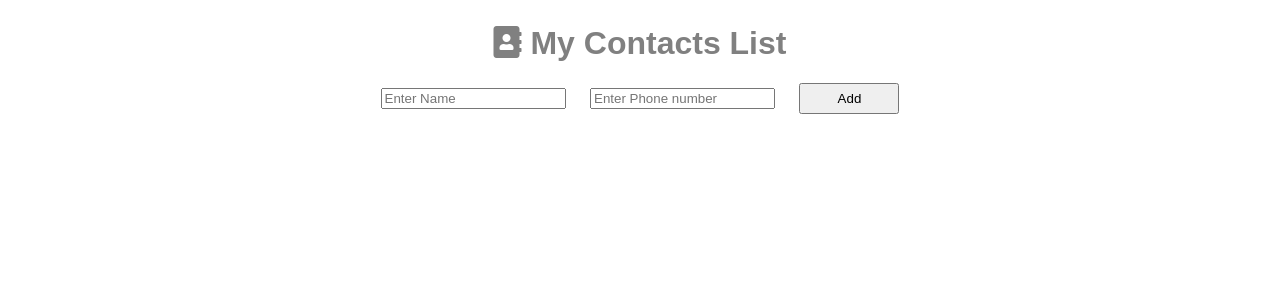
Repository: Sayan-100/Contact-List
Page: http://localhost/
The author's editor kept a copy of each file at every save. The page is drawn from the files as they stood at one save, then again after the next save.
The browser window is 1280 px wide. The pictures show the whole page.
Some web libraries are served in a nearby version. The page is served by the project's Node server (index.js). Other server files are loaded and not shown. Queries for data that is not in the repository find no rows.

Above is the page before, as saved 2022-01-09 21:43:51.

### views/home.ejs
<html>

<head>
    <title>
        <%=locals.title%>
    </title>

    <link rel="stylesheet" href="https://use.fontawesome.com/releases/v5.5.0/css/all.css" integrity="sha384-B4dIYHKNBt8Bc12p+WXckhzcICo0wtJAoU8YZTY5qE0Id1GSseTk6S+L3BlXeVIU" crossorigin="anonymous">

    <!-- our css should below all the style so that we can override -->
    <link rel="stylesheet" href="/css/home.css">

</head>

<body>
    <h1 id="page-heading">
        <i class="fas fa-address-book "></i> My Contacts List
    </h1>
    <div id="contact-list-container">
        <ul>
            <% for(let i of contact_list) {%>
                <li class="contact">
                    <div class="details-name">
                        <p>
                            <%= i.name %>
                        </p>
                    </div>
                    <div class="details-contact-number delete-button">

                        <div>
                            <p>
                                <%= i.phone %>
                            </p>
                        </div>

                        <div>
                            <a href="/delete-contact/?id=<%=i._id%>">
                                <i class="fas fa-window-close"></i>
                            </a>
                        </div>
                    </div>
                </li>
                <% } %>
        </ul>
    </div>

    <form id="new-contact-form" action="/create_contact" method="POST">
        <input type="text" name="name" required placeholder="Enter Name">
        <input type="number" name="phone" required placeholder="Enter Phone number">

        <button type="submit">Add</button>

    </form>

    <script type="text/javascript" src="/js/home.js">
    </script>

</body>

</html>

### index.js
const express = require('express');
const path = require('path');
const port = 8000;

const db = require('./config/mongoose');
const Contact = require('./models/contact');

const app = express();


app.set('view engine', 'ejs');
app.set('views', path.join(__dirname, 'views'));
app.use(express.urlencoded());
app.use(express.static('assets'));

//middleware 1
// app.use(function(req, res, next) {
//     req.myName = "Sayan";
//     // console.log("middleware 1 called");
//     next();
// })

//middleware 2
// app.use(function(req, res, next) {
//     console.log('My name from middleware 2', req.myName);
//     next();
// })

// var contactList = [{
//         name: "Arapan sir",
//         phone: "1111111111"
//     },

//     {
//         name: "Coding Ninjas",
//         phone: "2111222222"
//     },

//     {
//         name: "Sayan",
//         phone: "4444444444"
//     }

// ];


app.get('/', function(req, res) {
    // console.log(__dirname);
    // res.send('<h1>cool, it is running or is it?</h1>');
    //return

    // console.log("from the get route", req.myName);

    Contact.find({}, function(err, contacts) {
        if (err) {
            console.log('Error in fetching contact list from db');
            return;
        }

        return res.render('home', {
            title: "My contacts list",
            contact_list: contacts
        });

    });


    // return res.render('home', {
    //     title: "My contacts list",
    //     contact_list: contactList
    // });

});

app.get('/practice', function(req, res) {
    return res.render('practice', {
        title: "Let us play with ejs"
    });
});

app.get('/delete-contact', function(req, res) {
    //console.log(req.query);
    //let phone = req.query.phone;
    let id = req.query.id;
    Contact.findByIdAndDelete(id, function(err) {
        if (err) {
            console.log('error in deleting a object form database');
            return;
        }

        return res.redirect('back');
    });
    // let contactIndex = contactList.findIndex(contact => contact.phone == phone);

    // if (contactIndex != -1) {
    //     contactList.splice(contactIndex, 1);
    // }

    // return res.redirect('back');
});

app.get('/', function(req, res) {

});


app.post('/create_contact', function(req, res) {
    // return res.redirect('/practice');
    // contactList.push({
    //     name: req.body.name,
    //     phone: req.body.phone
    // });
    // contactList.push(req.body);
    Contact.create({
        name: req.body.name,
        phone: req.body.phone
    }, function(err, newContact) {
        if (err) {
            console.log('error in creating a contact!');
            return;
        }

        console.log('*********', newContact);
        return res.redirect('back');

    });

    // return res.redirect('/');
    // return res.redirect('back');
});

app.listen(port, function(err) {

    if (err) {
        console.log('Error in running Server');
    }

    console.log('Yup. My express server is running on port', port);
});

### assets/css/home.css
    body {
        margin: 0;
        font-family: sans-serif;
        text-align: center;
    }

    #page-heading {
        text-align: center;
        margin-top: 25px;
        color: grey;
    }

    li {
        list-style: none;
        display: flex;
        justify-content: space-between;
        width: 90%;
        background-color: #ffc1d5;
        margin-bottom: 5px;
        font-weight: 600;
        overflow: hidden;
        color: white;
        font-family: monaco;
    }

    li:hover {
        background-color: #FFAB76;
    }

    input {
        margin-right: 20px;
    }

    button {
        padding: 6px;
        width: 100px;
        background-color: #E7FBBE font-family: monaco;
    }

    p {
        display: inline-block;
        padding-left: 2rem;
        padding-right: 5rem;
    }

    .details-contact-number {
        display: flex;
        justify-content: space-evenly;
    }

Loaded but not shown: assets/js/home.js (common file)

After the next save:
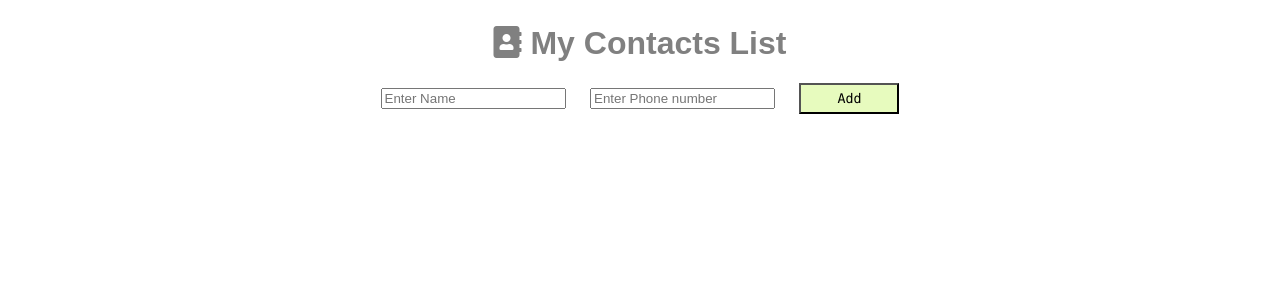
Saved 9 s later.
--- a/assets/css/home.css
+++ b/assets/css/home.css
@@ -34,7 +34,8 @@
     button {
         padding: 6px;
         width: 100px;
-        background-color: #E7FBBE font-family: monaco;
+        background-color: #E7FBBE;
+        font-family: monaco;
     }
 
     p {
